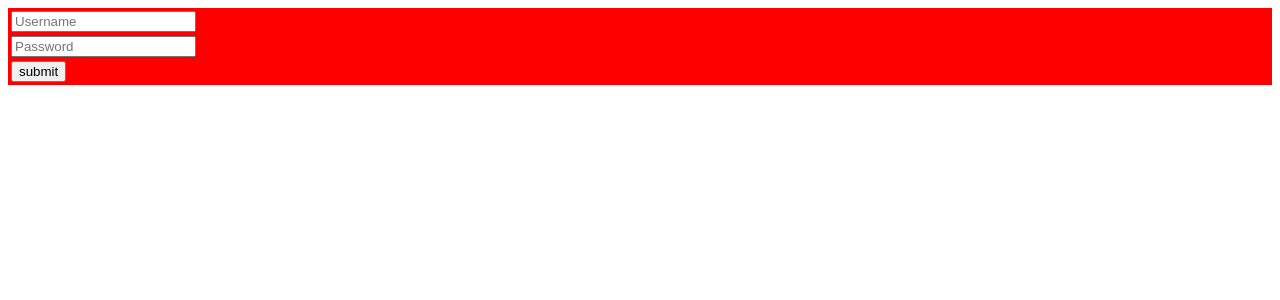
Repository: RajPCapgemini/MyFiles
Page: servlet-workspace/SessionDemo/src/main/webapp/index.html
The author's editor kept a copy of each file at every save. The page is drawn from the files as they stood at one save, then again after the next save.
The browser window is 1280 px wide. The pictures show the whole page.

Above is the page before, as saved 2023-03-13 03:37:44.

After the next save:
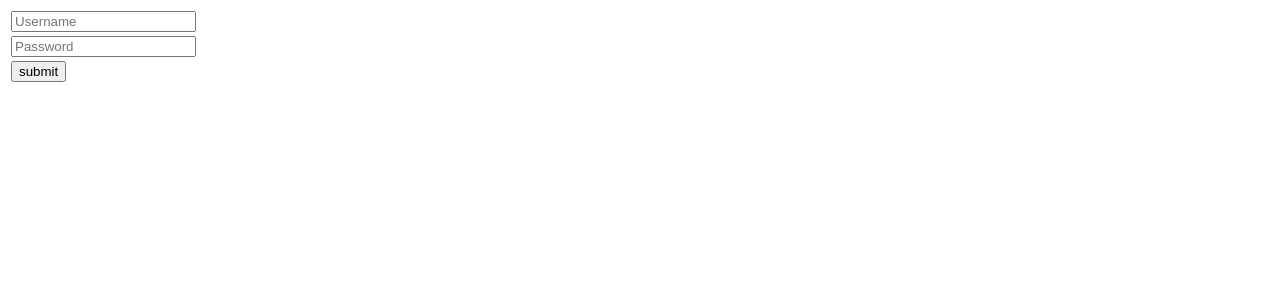
Saved 4 min 29 s later.
--- a/servlet-workspace/SessionDemo/src/main/webapp/index.html
+++ b/servlet-workspace/SessionDemo/src/main/webapp/index.html
@@ -4,8 +4,8 @@
 <meta charset="ISO-8859-1">
 <title>Login</title>
 </head>
-<body>
-	<form action="login" method="post" style="background-color: red;">
+<body style="">
+	<form action="login" method="post">
 		<table>
 			<tr>
 				<td><input type="text" name="username" placeholder="Username"></td>
